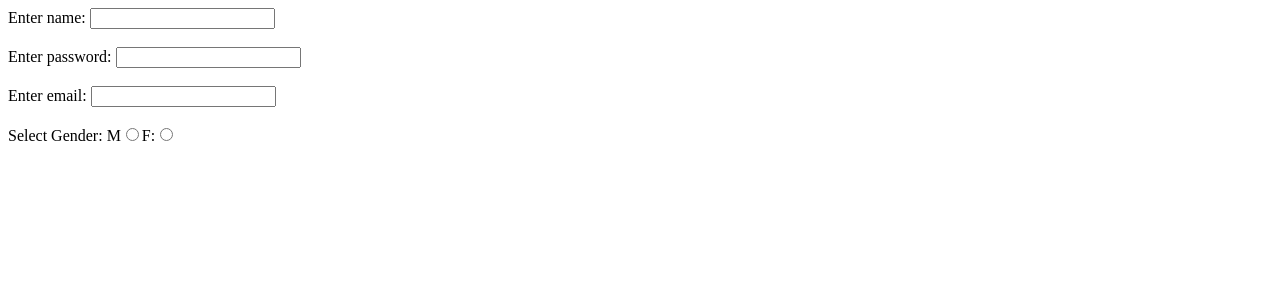
Repository: sagnik938/JSP-JSTL-and-Hibernate
Page: FormAssgn/src/main/webapp/index.html
These files come from the project's save history. The page is drawn as it stood at one moment and after the next save; the edit follows.
The browser window is 1280 px wide. The pictures show the whole page.

Above is the page before, as saved 2023-02-07 09:04:08.

### FormAssgn/src/main/webapp/index.html
<!DOCTYPE html>
<html>
<head>
<meta charset="ISO-8859-1">
<title>Form Assignment</title>
</head>
<body>
<form action="registration" >
Enter name: <input type = "text" name = "name">
<br>
<br>
Enter password: <input type = "password" name = "password">
<br>
<br>
Enter email: <input type = "email" name = "email">
<br>
<br>
Select Gender: M<input type = "radio" name ="gender">F:<input type = "radio" name ="gender">


</form>
</body>
</html>

After the next save:
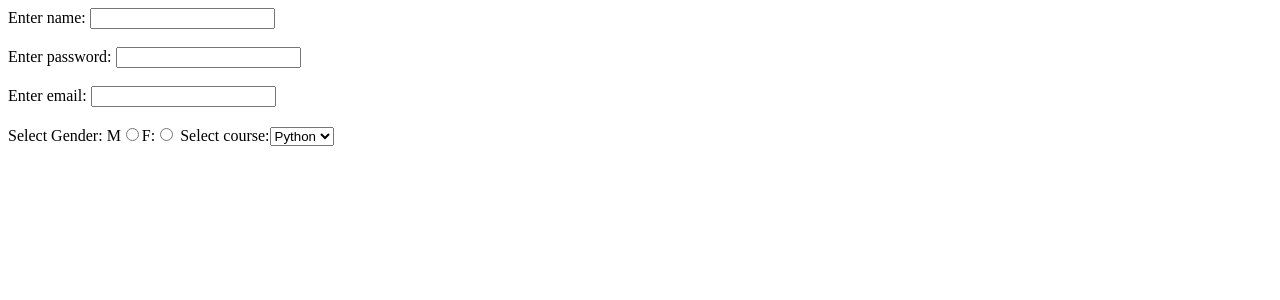
Saved 2 min 35 s later.
--- a/FormAssgn/src/main/webapp/index.html
+++ b/FormAssgn/src/main/webapp/index.html
@@ -16,6 +16,12 @@ Enter email: <input type = "email" name = "email">
 <br>
 <br>
 Select Gender: M<input type = "radio" name ="gender">F:<input type = "radio" name ="gender">
+Select course:<select name="cars">
+  <option value="Python">Python</option>
+  <option value="Java">Java</option>
+  <option value="CPP">CPP</option>
+  <option value="PHP">PHP</option>
+</select>
 
 
 </form>
